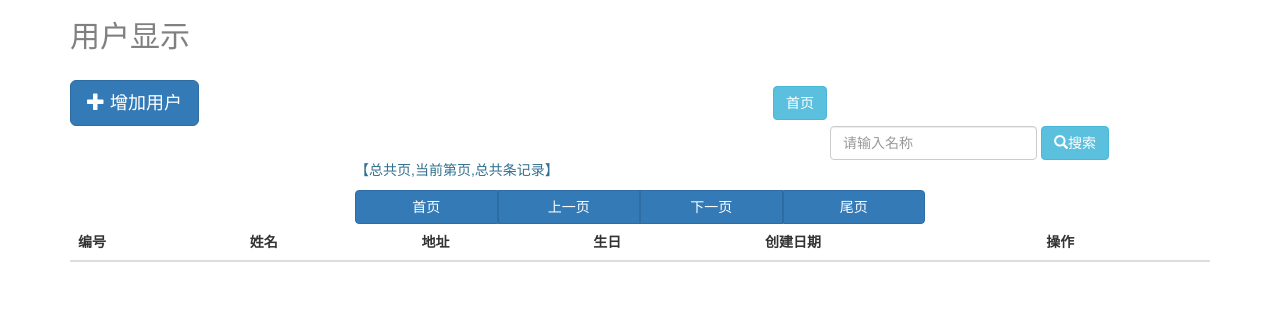
Repository: hby1402/ssm-crud
Page: http://localhost/ssm-crud/WEB-INF/jsp/queryAllUsers.jsp
An editor plug-in stored every save of this project. The page is shown before and after the next save, followed by the edit.
The browser window is 1280 px wide. The pictures show the whole page.
The page is served by Tomcat 9. Nobody is signed in. The template is opened directly, without the code that normally fills it, so the values that code supplies are empty.

Above is the page before, as saved 2021-07-25 11:46:32.
Console error (its wording comes from the project's code and is left out).

After the next save:
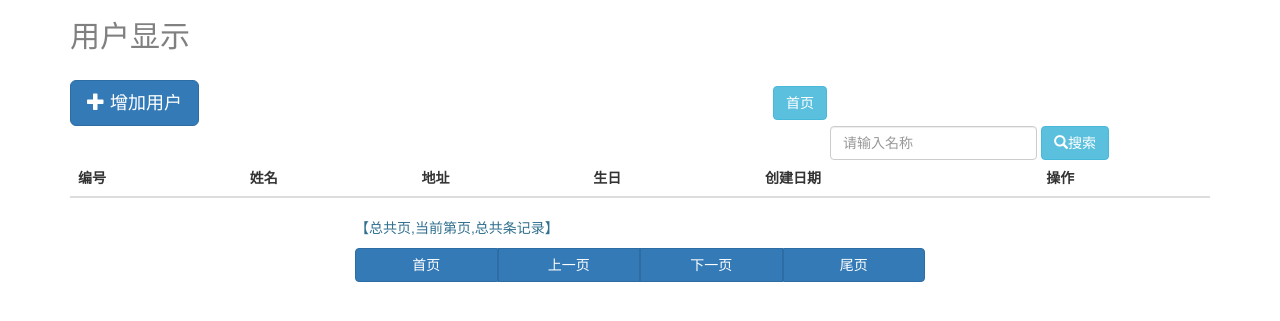
Saved 28 s later.
--- a/ssm-crud/src/main/webapp/WEB-INF/jsp/queryAllUsers.jsp
+++ b/ssm-crud/src/main/webapp/WEB-INF/jsp/queryAllUsers.jsp
@@ -55,7 +55,9 @@
 					</tr>
 				</c:forEach>
 			</tbody>
-			<div class="container" id="pager" style="clear:both;width:600px">
+		</table>
+	</div>
+	<div class="container" id="pager" style="clear:both;width:600px">
 						<p class="text-info">【总共${pageInfo.pages}页,当前第${pageInfo.pageNum}页,总共${pageInfo.total}条记录】</p>
 						<div class="btn-group btn-group-justified"><!--  style="width: 50%; margin: 0 auto; text-align: center" -->
 							<a href="${pageContext.request.contextPath}/index?pageNum=1&&keyword=${keyword}" class="btn btn-primary">首页</a>
@@ -64,7 +66,5 @@
 							<a href="${pageContext.request.contextPath}/index?pageNum=${pageInfo.pages}&&keyword=${keyword}" class="btn btn-primary">尾页</a>
 						</div>
 					</div>
-		</table>
-	</div>
 </body>
 </html>
